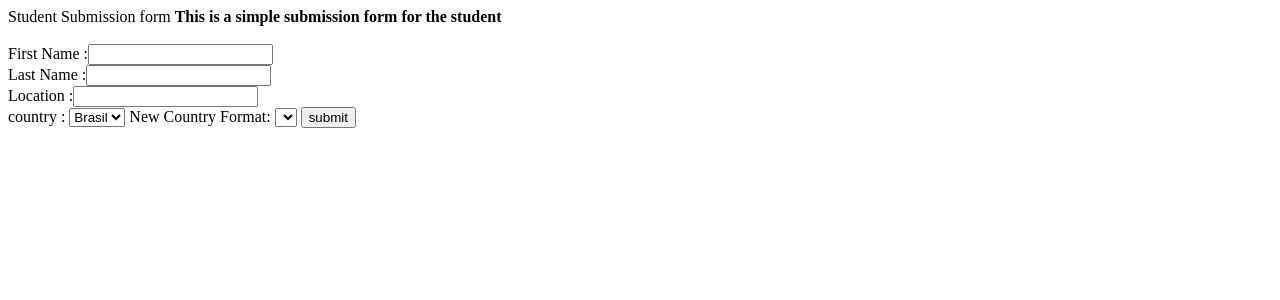
Repository: mdmyr/SpringFrameWorkout
Page: http://localhost/Spring-mvc-DropDownlist/WEB-INF/view/StudentValidationForm.jsp
An editor plug-in stored every save of this project. The page is shown before and after the next save, followed by the edit.
The browser window is 1280 px wide. The pictures show the whole page.
The page is served by Tomcat 9. Nobody is signed in. The template is opened directly, without the code that normally fills it, so the values that code supplies are empty.

Above is the page before, as saved 2020-12-09 23:45:23.

After the next save:
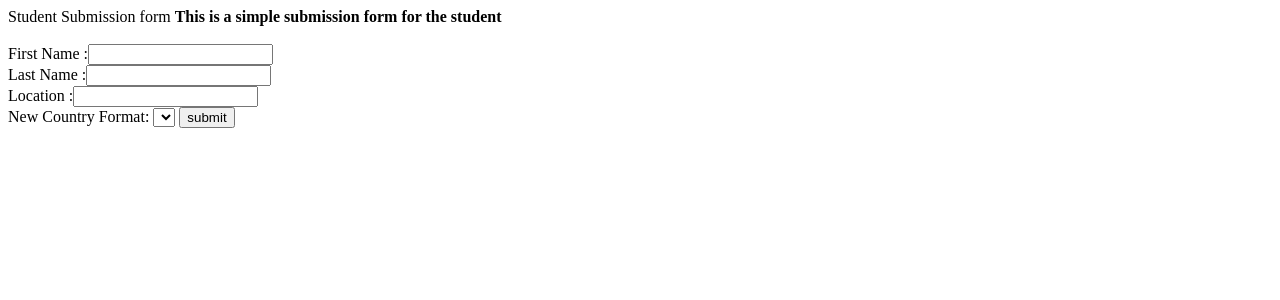
Saved 67 s later.
--- a/Spring-mvc-DropDownlist/WebContent/WEB-INF/view/StudentValidationForm.jsp
+++ b/Spring-mvc-DropDownlist/WebContent/WEB-INF/view/StudentValidationForm.jsp
@@ -18,10 +18,7 @@
  First Name :<form:input path="firstName"/><br>
  Last Name  :<form:input path="lastName"/><br>
  Location   :<form:input path= "location"/><br>
- country    : <form:select path="country">
-				<form:option value="Brasil" label="Brasil" />
-				<form:option value="India" label="India" />
- 			</form:select>
+
 
  New Country Format:
 
